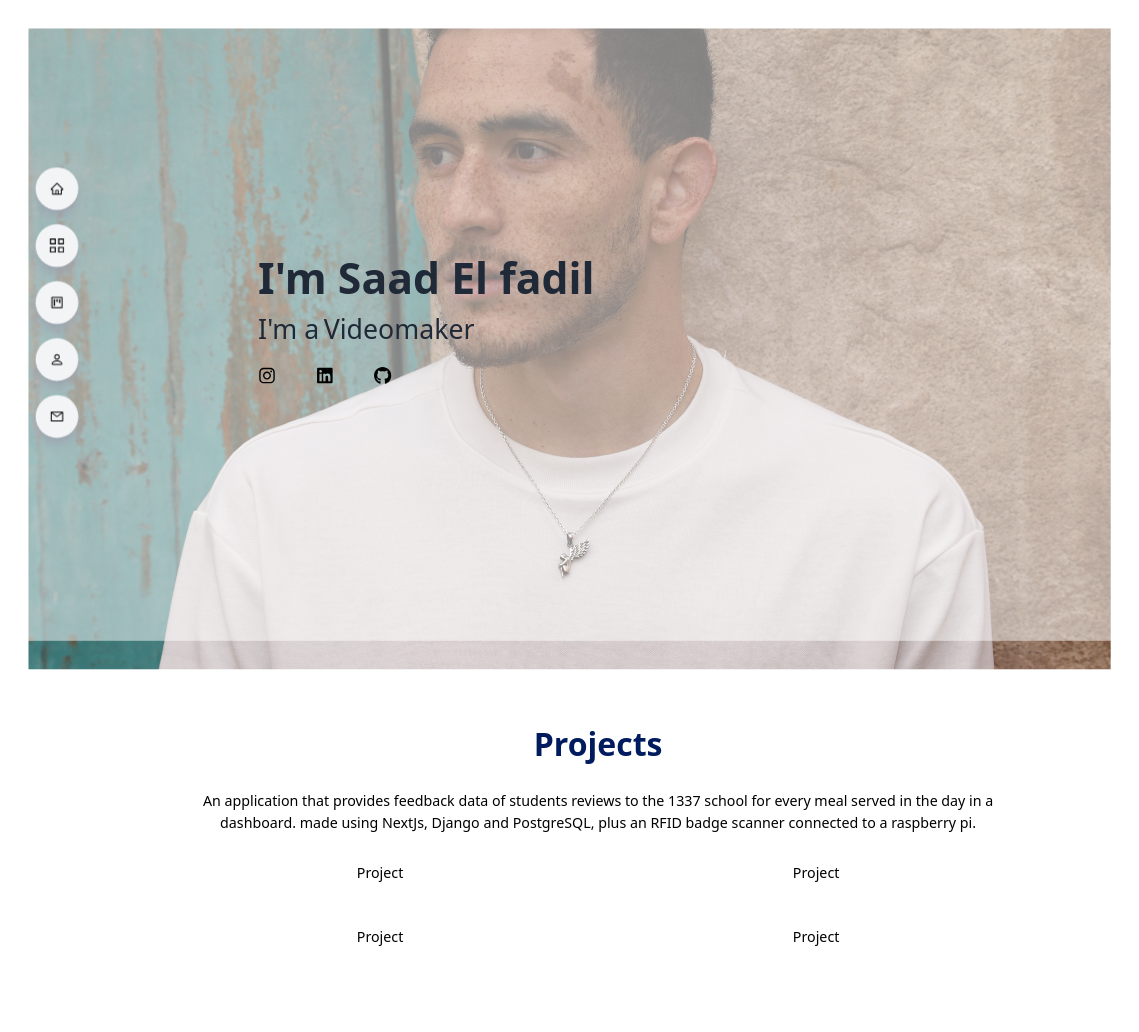
Repository: Saadelfadil/saadelfadil.github.io
Page: /
The author's editor kept a copy of each file at every save. The page is drawn from the files as they stood at one save, then again after the next save.
The browser window is 1280 px wide. The pictures show the whole page, at 89% of full size.
The project was rebuilt for these pictures with package versions that can differ from the ones it lists, and the page was loaded fresh each time. Also part of the build but not shown: vite.config.js.

Above is the page before, as saved 2023-02-26 17:54:10.

After the next save:
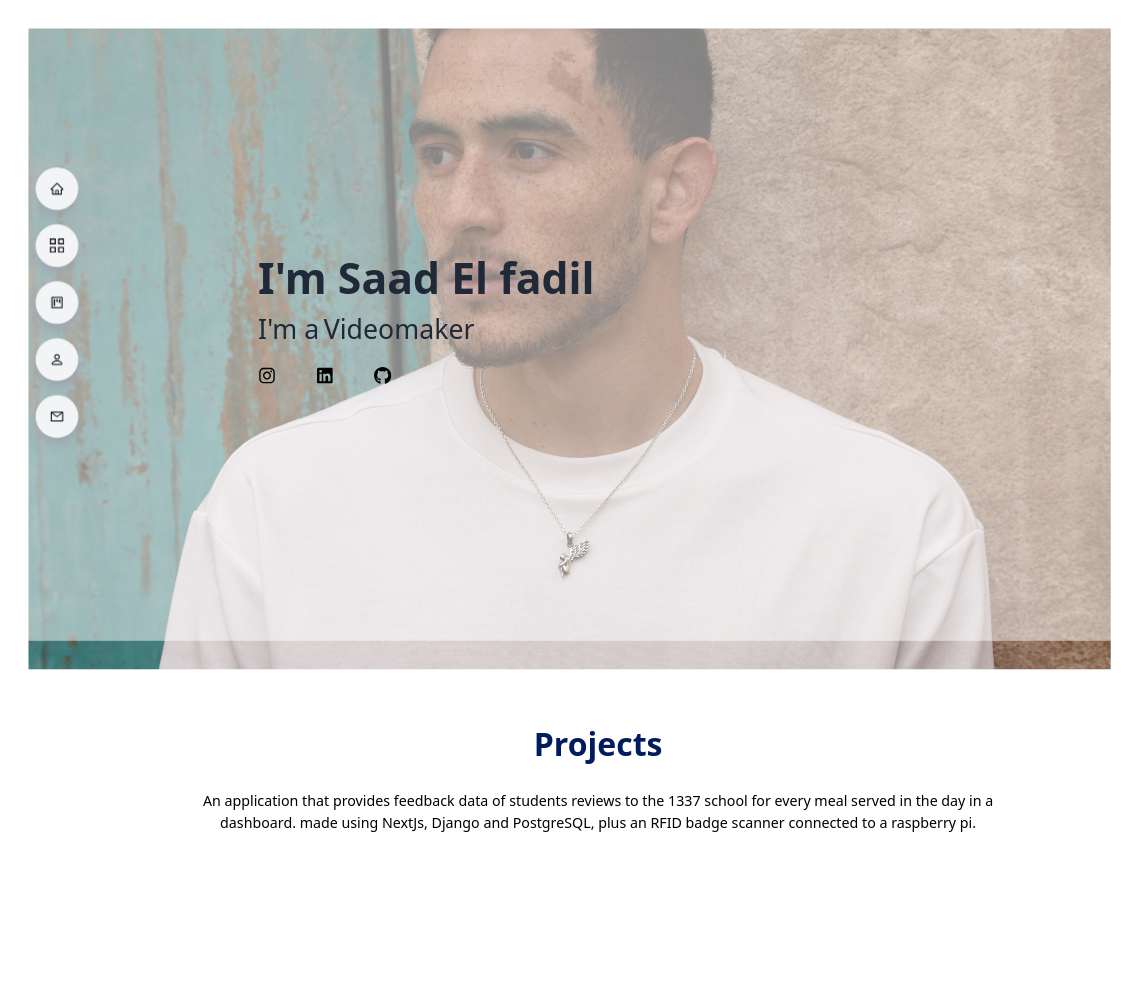
Saved 13 s later.
--- a/src/components/ProjectItem.jsx
+++ b/src/components/ProjectItem.jsx
@@ -3,7 +3,7 @@ import React from "react";
 const ProjectItem = ({img, title}) => {
   return (
     <div>
-        Project
+        <img src="" alt="" />
     </div>
   )
 };
